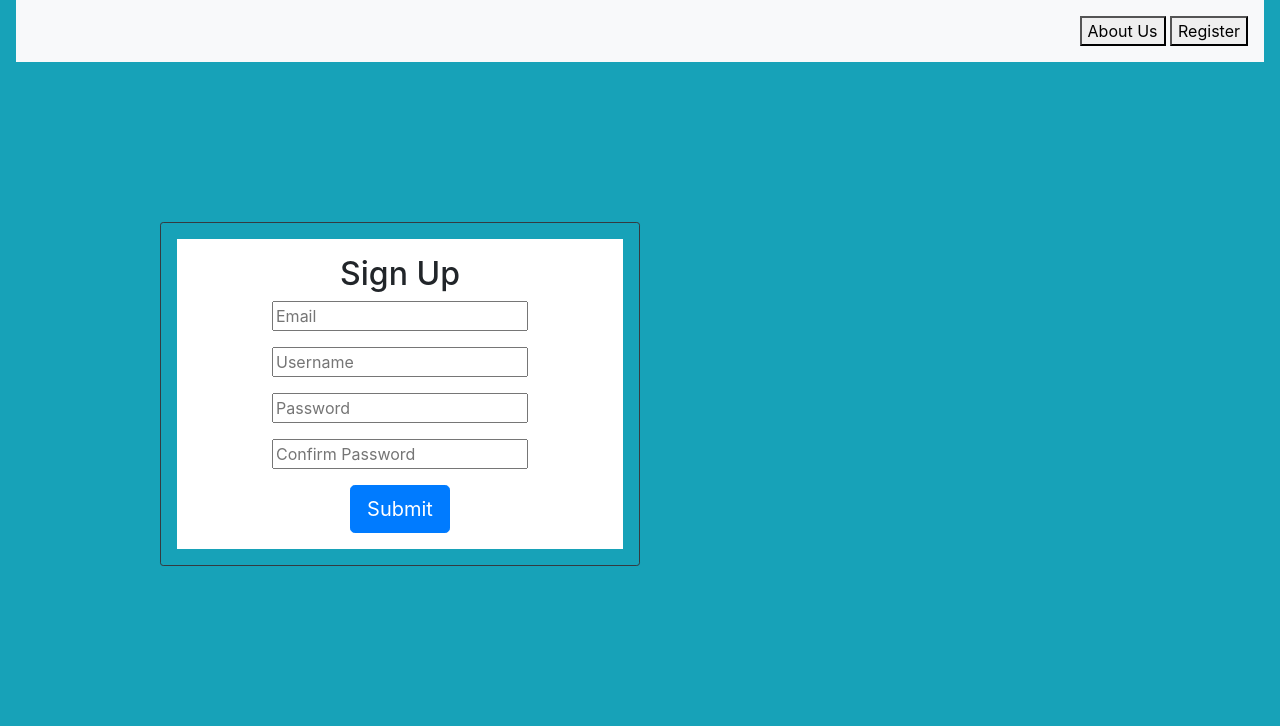
Repository: rodwestmoreland/1150
Page: registrationForm/index.html
An editor plug-in stored every save of this project. The page is shown before and after the next save, followed by the edit.
The browser window is 1280 px wide. The pictures show the whole page.

Above is the page before, as saved 2021-01-25 15:22:20.

After the next save:
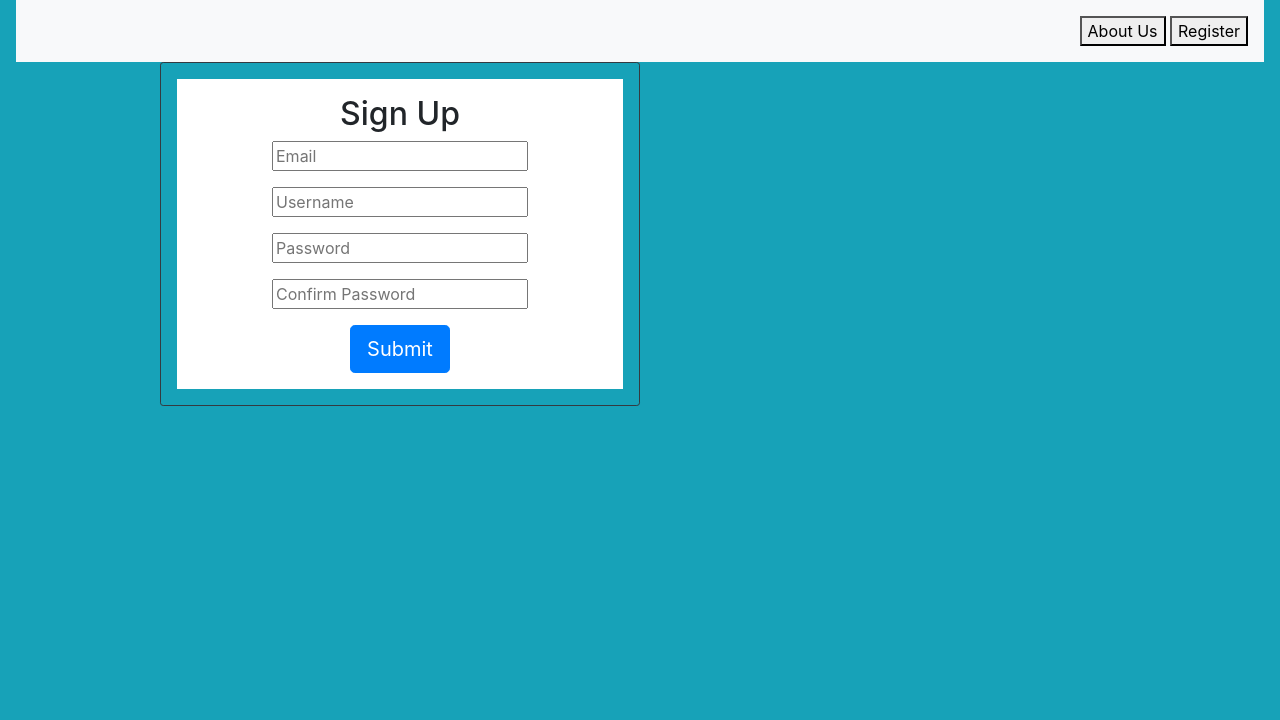
Saved 20 s later.
--- a/registrationForm/style.css
+++ b/registrationForm/style.css
@@ -3,5 +3,5 @@
     background-color: #fff;
   }
 .formMOVE{
-    margin: 10em 10em 10em 10em;
+    margin: 0em 10em 10em 10em;
 }
